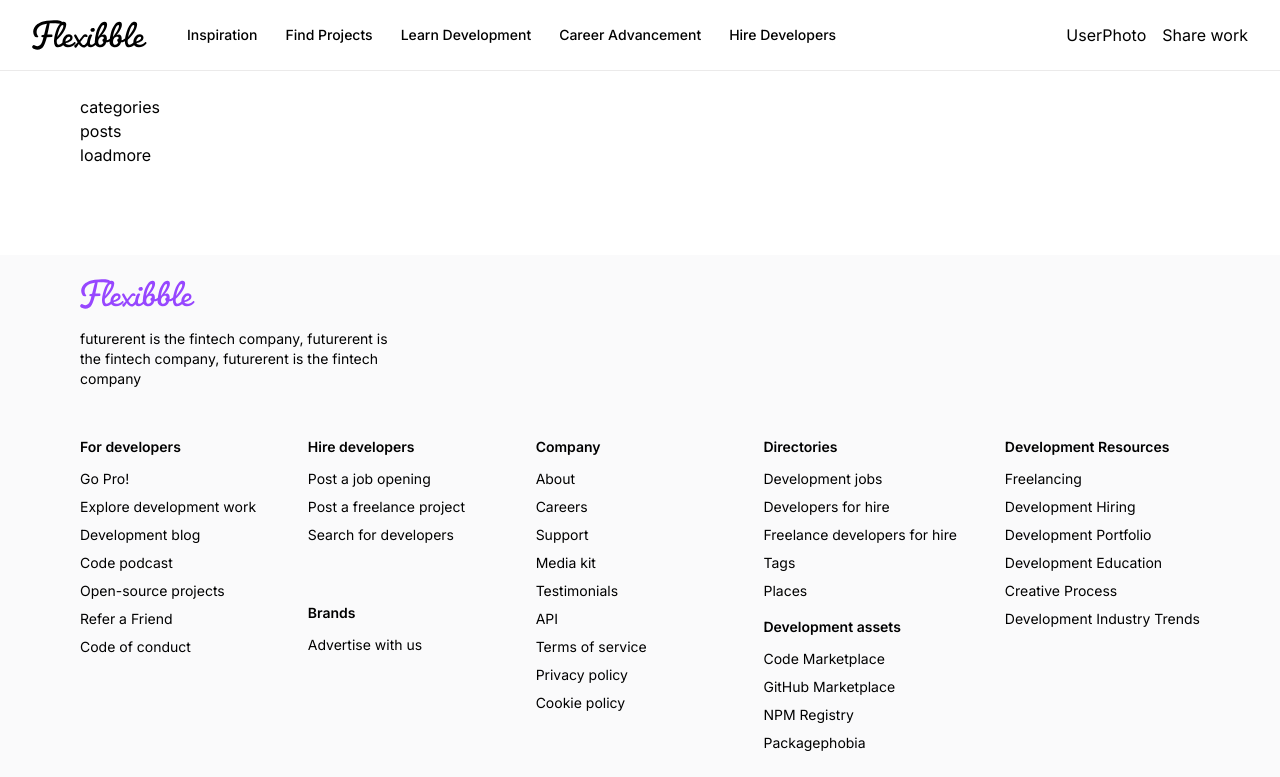
Repository: cicifuture/grafbase_proj
Page: /
These files come from the project's save history. The page is drawn as it stood at one moment and after the next save; the edit follows.
The browser window is 1280 px wide. The pictures show the whole page.
The project was rebuilt for these pictures with package versions that can differ from the ones it lists, and the page was loaded fresh each time. The framework's server and built-in components were replaced by stand-ins that run in the browser. Also part of the build but not shown: next.config.js, components/AuthProviders.tsx.

Above is the page before, as saved 2023-09-26 11:48:42.

### components/Navbar.tsx
import React from 'react'
import Link from 'next/link'
import Image from 'next/image'
import { NavLinks } from '@/constant'
import AuthProviders from './AuthProviders'
const Navbar = () => {
  const session = {}
  return (
    <nav>
        <div className= 'flexBetween navbar'>
            <div className='flex-1 flexStart gap-10'>
                <Link href= '/'>
                    <Image
                        src='/logo.svg'
                        width={115}
                        height={43}
                        alt='Flexibble'/>
                </Link>
                <ul className = 'xl:flex hidden text-small gap-7'>
                  {NavLinks.map((link)=>(<Link href={link.href} key={link.key}>{link.text}</Link>))}
                </ul>
            </div>
            <div className='flexCenter gap-4'>
              {session ? (
                <>
                UserPhoto
                <Link href='/create-project'>Share work</Link>
                </>) : (<AuthProviders />)
                }
            </div>
        </div>
    </nav>
  )
}

export default Navbar

### components/Footer.tsx
import React from 'react'
import Image from 'next/image'
import Link from 'next/link';
import { footerLinks } from '@/constant';


type ColumnProps = {
  title:string;
  links:Array<string>;
}

const FooterColumn = ({title,links}:ColumnProps) => (
  <div className='footer_column'>
    <h4 className='font-semibold'>{title}</h4>
    <ul className='flex flex-col gap-2 font-normal'>{links.map((link)=><Link href='/' key={link}>{link}</Link>)}</ul>
  </div>
)
const Footer = () => {
  return (
    <footer className='flexStart footer'>
      <div className='flex flex-col gap-12 w-full'>
        <div className='flex items-start flex-col'>
          <Image src='/logo-purple.svg'
                width={115}
                height={38}
                alt="Flexibble"/>
          <p className='text-start text-sm font-normal mt-5 max-w-xs'>futurerent is the fintech company, futurerent is the fintech company, futurerent is the fintech company</p>
        </div>
        <div className='flex flex-wrap gap-12'>
          <FooterColumn title={footerLinks[0].title} links={footerLinks[0].links}/>
          <div className='flex-1 flex flex-col gap-4'>
          <FooterColumn title={footerLinks[1].title} links={footerLinks[1].links}/>
          <FooterColumn title={footerLinks[2].title} links={footerLinks[2].links}/>
          </div>
          <FooterColumn title={footerLinks[3].title} links={footerLinks[3].links}/>
          <div className='flex-1 flex flex-col gap-4'>
          <FooterColumn title={footerLinks[4].title} links={footerLinks[4].links}/>
          <FooterColumn title={footerLinks[5].title} links={footerLinks[5].links}/>
          </div>
          <FooterColumn title={footerLinks[6].title} links={footerLinks[6].links}/>
        </div>
      </div>
    </footer>


  )
}

export default Footer

Loaded but not shown: app/layout.tsx (common file); app/page.tsx (common file); app/globals.css (common file); constant/index.ts (common file); tailwind.config.ts (common file)

After the next save:
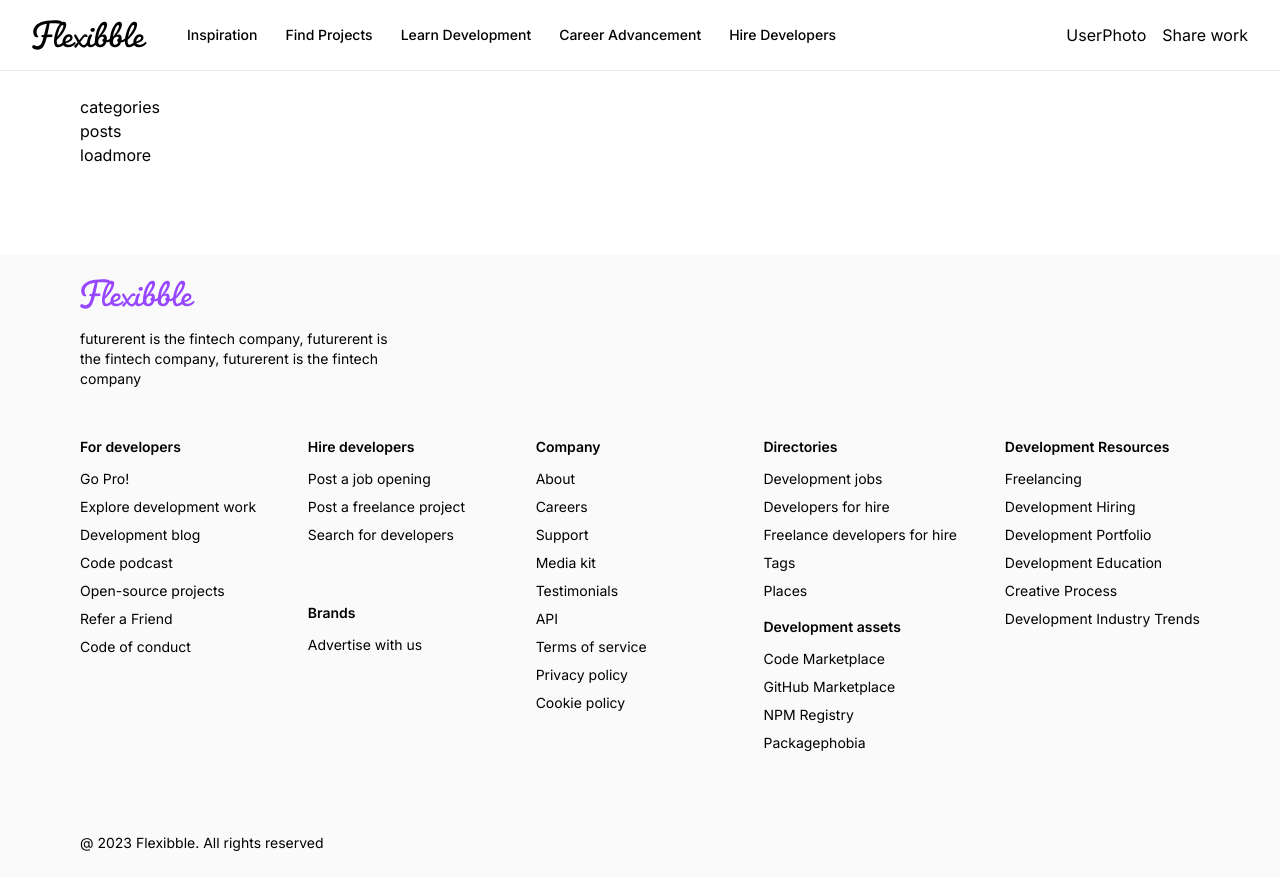
Saved 3 min 32 s later.
--- a/components/Footer.tsx
+++ b/components/Footer.tsx
@@ -40,6 +40,9 @@
           <FooterColumn title={footerLinks[6].title} links={footerLinks[6].links}/>
         </div>
       </div>
+      <div className='flexBetween footer_copyright'>
+        <p>@ 2023 Flexibble. All rights reserved</p>
+      </div>
     </footer>
 
 
